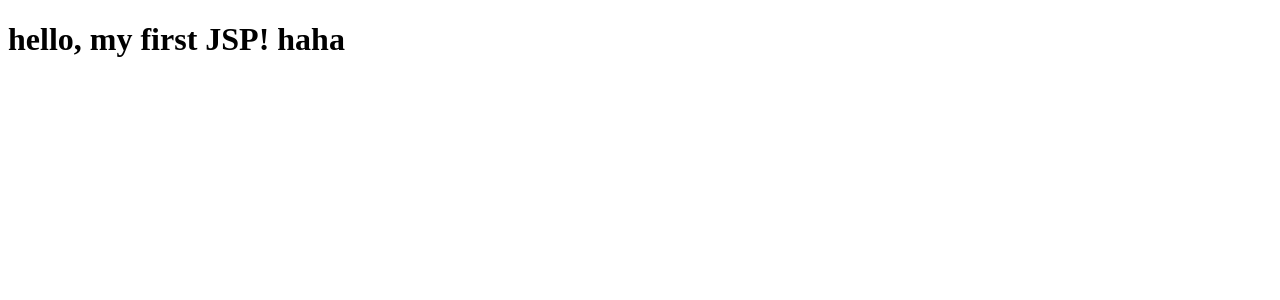
Repository: Zendq1998/jdbc
Page: http://localhost/web04/
The author's editor kept a copy of each file at every save. The page is drawn from the files as they stood at one save, then again after the next save.
The browser window is 1280 px wide. The pictures show the whole page.
The page is served by Tomcat 9. Nobody is signed in. The application's start-up code is not run.

Above is the page before, as saved 2018-04-19 08:30:22.

After the next save:
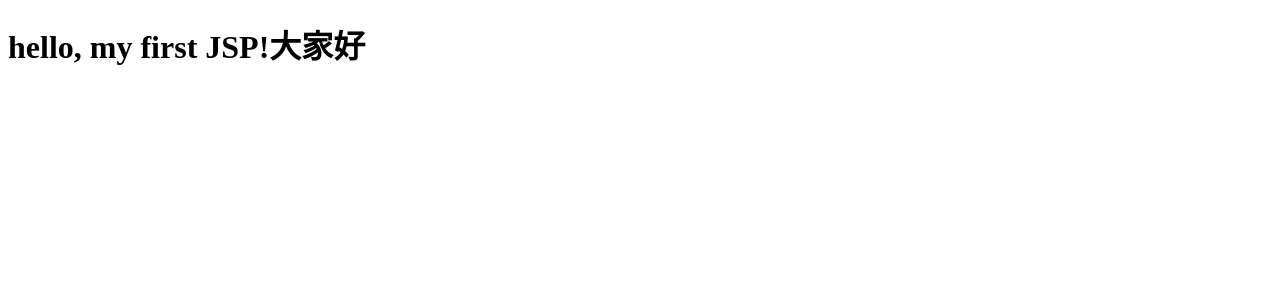
Saved 94 s later.
--- a/web04/WebContent/index.jsp
+++ b/web04/WebContent/index.jsp
@@ -7,6 +7,6 @@
 <title>Insert title here</title>
 </head>
 <body>
-	<h1>hello, my first JSP! haha</h1>
+	<h1>hello, my first JSP!大家好</h1>
 </body>
 </html>
